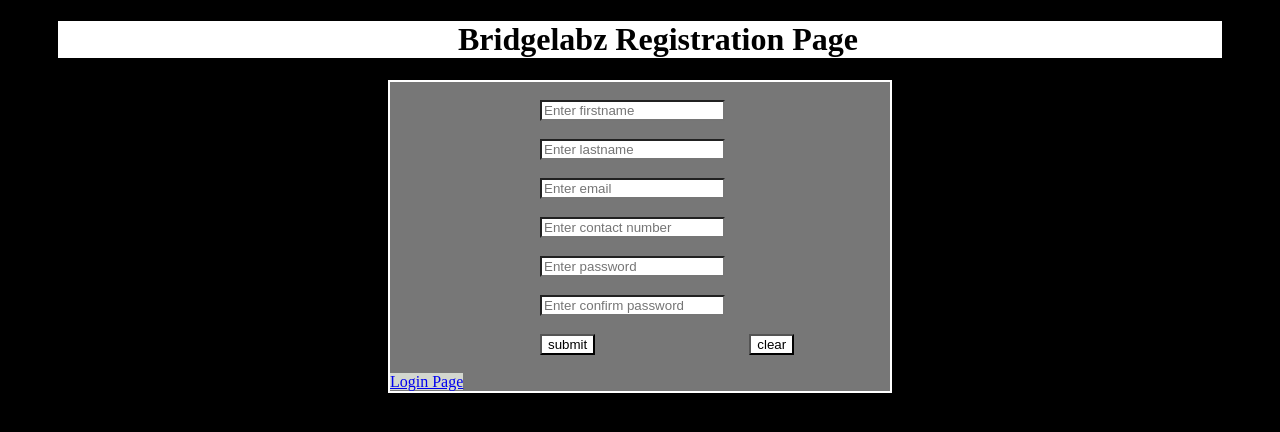
Repository: MarkFernandes11/Advanced-Java
Page: http://localhost/Login/register.jsp
The author's editor kept a copy of each file at every save. The page is drawn from the files as they stood at one save, then again after the next save.
The browser window is 1280 px wide. The pictures show the whole page.
The page is served by Tomcat 9. Other server files are loaded and not shown.

Above is the page before, as saved 2019-09-26 05:35:01.

### Login/WebContent/register.jsp
<%@ page language="java" contentType="text/html; charset=UTF-8"
    pageEncoding="UTF-8"%>
<!DOCTYPE html>
<html>
<head>
<meta charset="UTF-8">
<title>Registration Page</title>
<link rel="stylesheet" type="text/css" href="stylesheet.css">
</head>
<body>

	<header>
			<h1>Bridgelabz Registration Page</h1>
	</header>
	<form action="RegistrationServlet" method = "post">
		<br>
		<input type="text" placeholder="Enter firstname" name="firstname" required>
		<!--pattern="^A-Za-z$"-->
		<br><br>
		<input type="text" placeholder="Enter lastname" name="lastname">
		<br><br>
		<input type="email" placeholder="Enter email" name="email" required>
		<br><br>
		<input type="number" placeholder="Enter contact number" name="contactNumber" required>
		<br><br>
		<input type="password" placeholder="Enter password" name="password" required>
		<br><br>
		<input type="password" placeholder="Enter confirm password" name="confirmPassword" required>
		<br><br>
		<input type="submit" value = "submit"> <input type="reset" value = "clear">
		<br><br>
		<a href="login.jsp">Login Page</a>
	</form>

</body>
</html>

### Login/WebContent/stylesheet.css
@charset "UTF-8";

*{
	background-color: #000;
}

body{

}

form{
	border: 2px solid #fff;
	background-color: #777;
	width: 500px;
	margin-left: auto;
	margin-right: auto;
}

header{
	margin-left: auto;
	margin-right: auto;
}

h1{

	background-color: #fff;
	padding-left: 400px;
	padding-right: auto;
	margin-left: 50px;
	margin-right: 50px;
}

input {
	background-color: #fff;
	margin-left: 150px;
}
a{
	background-color: #d3d7cf;
}

After the next save:
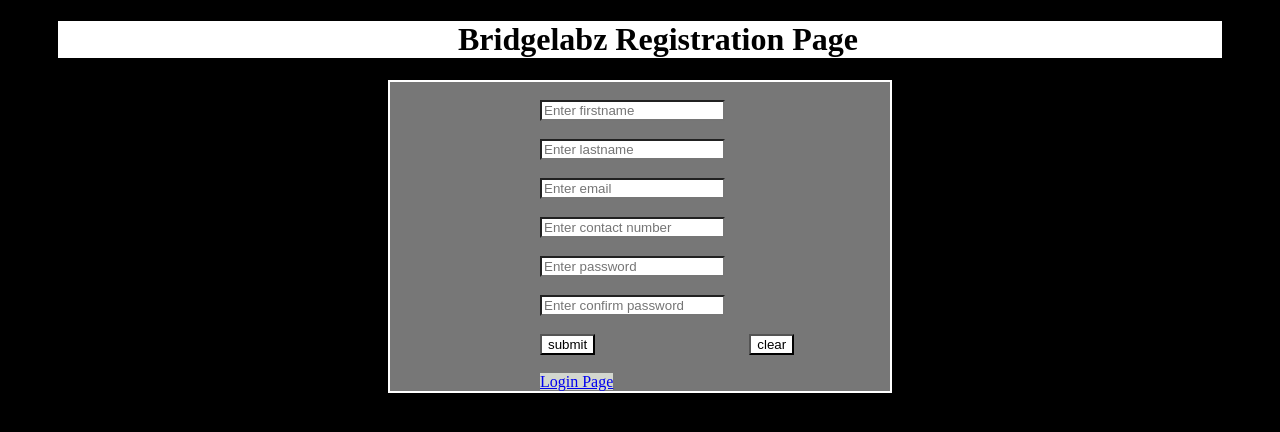
Saved 9 s later.
--- a/Login/WebContent/stylesheet.css
+++ b/Login/WebContent/stylesheet.css
@@ -36,4 +36,5 @@
 }
 a{
 	background-color: #d3d7cf;
+	margin-left: 150px;
 }
